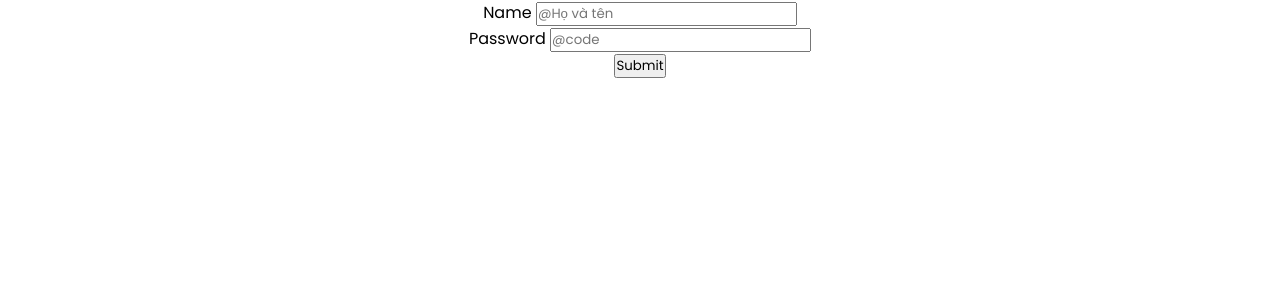
Repository: TruongVu299/Nhom21_NguyenThiNgocLam_DoTruongVu
Page: SourcesCode/index2.html
The author's editor kept a copy of each file at every save. The page is drawn from the files as they stood at one save, then again after the next save.
The browser window is 1280 px wide. The pictures show the whole page.

Above is the page before, as saved 2023-04-22 02:40:37.

### SourcesCode/index2.html
<!DOCTYPE html>
<html lang="en">
<head>
    <meta charset="UTF-8">
    <meta http-equiv="X-UA-Compatible" content="IE=edge">
    <meta name="viewport" content="width=device-width, initial-scale=1.0">
    <title>Đăng nhập</title>
    <link rel="stylesheet" href="./style2.css">
</head>
<body>
    <div id="wrapper">
        <div class="header1">
            <label >Name</label>
            <input placeholder="@Họ và tên" >
        </div>
        <div class="header2">
            <label>Password</label>
            <input placeholder="@code" >
        </div>
        <div class="header3">
            <button >Submit</button>
        </div>
    </div>
</body>
</html>

### SourcesCode/style2.css
@import url('https://fonts.googleapis.com/css2?family=Poppins:ital,wght@0,400;0,500;0,600;1,200;1,400;1,500&display=swap');
*{
    padding:0;
    margin:0;
    box-sizing: border-box;
    font-family:'Poppins', sans-serif;
    cursor: pointer;
}
#wrapper {
   text-align: center;
}

After the next save:
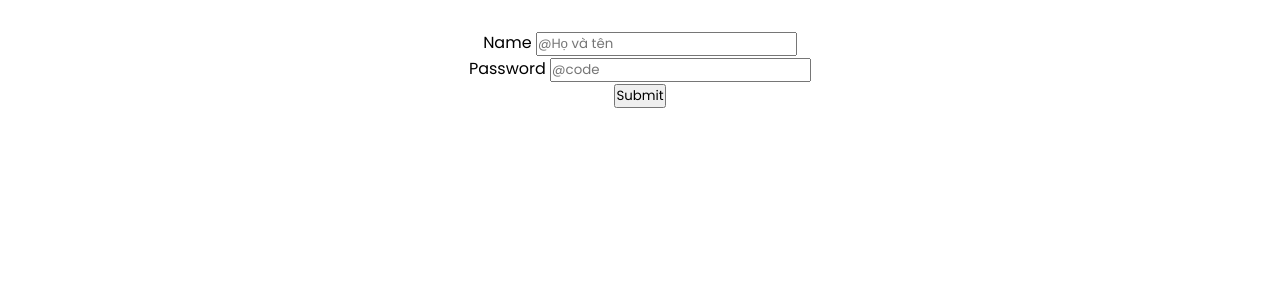
Saved 117 s later.
--- a/SourcesCode/style2.css
+++ b/SourcesCode/style2.css
@@ -8,4 +8,6 @@
 }
 #wrapper {
    text-align: center;
+   padding-top: 30px;
+   padding-bottom: 30px;
 }

After the save that followed:
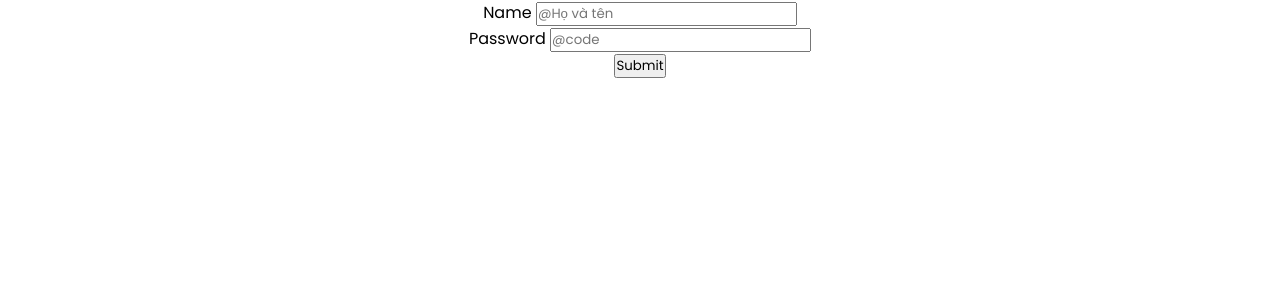
Saved 27 s later.
--- a/SourcesCode/style2.css
+++ b/SourcesCode/style2.css
@@ -8,6 +8,4 @@
 }
 #wrapper {
    text-align: center;
-   padding-top: 30px;
-   padding-bottom: 30px;
 }
